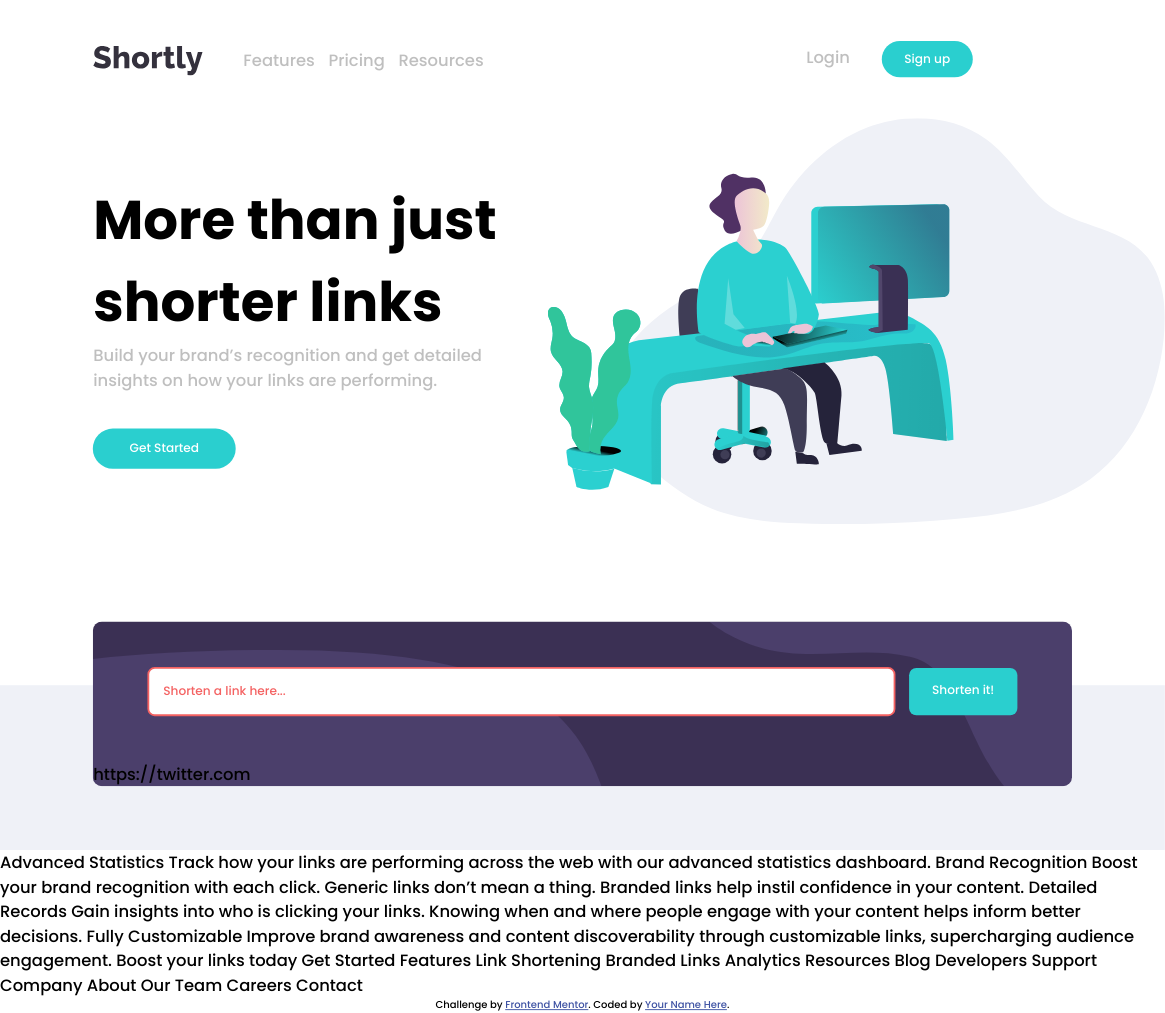
Repository: mamulini/URL-shortener
Page: index.html
The author's editor kept a copy of each file at every save. The page is drawn from the files as they stood at one save, then again after the next save.
The browser window is 1280 px wide. The pictures show the whole page, at 91% of full size.
The style sheet was rebuilt from its Sass, Less or Tailwind sources for each picture, by a compiler version that may differ from the author's.

Above is the page before, as saved 2020-04-11 22:19:06.

### index.html
<!DOCTYPE html>
<html lang="en">
<head>
  <meta charset="UTF-8">
  <meta name="viewport" content="width=device-width, initial-scale=1.0"> <!-- displays site properly based on user's device -->

  <link rel="icon" type="image/png" sizes="32x32" href="./images/favicon-32x32.png">
  <link rel="stylesheet" href="./sass/main.css">

  <title>Frontend Mentor | Shortly URL shortening API Challenge</title>

  <!-- Feel free to remove these styles or customise in your own stylesheet 👍 -->

</head>
<body>
  <header class="header container">
    <a href="/" class="header__logo"><img src="./images/logo.svg" alt="logo">
    </a>
    <nav class="nav">
      <ul class="nav__menu">
        <li class="nav__item"><a class="nav__link" href="#">Features</a></li>
        <li class="nav__item"><a class="nav__link" href="#">Pricing</a></li>
        <li class="nav__item"><a class="nav__link" href="#">Resources</a></li>
      </ul>
    </nav>
    <div class="user">
      <a class="user__login" href="#" >Login</a>
      <button class="user__sign-up btn--blue" type="button">Sign up</button>
    </div>

  </header>
  <main class="main">
    <div class="intro">
      <div class="intro__description">
        <h1 class="intro__title">More than just shorter links</h1>
        <p class="intro__subtitle">Build your brand’s recognition and get detailed <br> insights
          on how your links are performing.</p>
        <button class="intro__btn btn--blue">Get Started</button>

      </div>
      <div class="intro__img">
        <img src="./images/illustration-working.svg" alt="image">
      </div>
    </div>
    <div class="shorten ">
      <div class="shorten__handler container">
        <form class="shorten__form">
          <input class="shorten__input" type="text" value="" placeholder="Shorten a link here...">
          <button class="shorten__btn btn--blue" type="button">Shorten it!</button>
        </form>
        <div class="shorten__link">
            https://twitter.com
        </div>
      </div>
    </div>
  </main>












  Advanced Statistics

  Track how your links are performing across the web with our
  advanced statistics dashboard.

  Brand Recognition

  Boost your brand recognition with each click. Generic links don’t
  mean a thing. Branded links help instil confidence in your content.

  Detailed Records

  Gain insights into who is clicking your links. Knowing when and where
  people engage with your content helps inform better decisions.

  Fully Customizable

  Improve brand awareness and content discoverability through customizable
  links, supercharging audience engagement.

  Boost your links today

  Get Started

  Features

  Link Shortening
  Branded Links
  Analytics

  Resources

  Blog
  Developers
  Support

  Company

  About
  Our Team
  Careers
  Contact

  <div class="attribution">
    Challenge by <a href="https://www.frontendmentor.io?ref=challenge" target="_blank">Frontend Mentor</a>.
    Coded by <a href="#">Your Name Here</a>.
  </div>
</body>
</html>

### sass/main.scss
@import url('https://fonts.googleapis.com/css2?family=Poppins:wght@500;700&display=swap');

// colors
$text_gray: hsl(0, 0%, 75%);
$cyan_btn:  hsl(180, 66%, 49%);
$dark_violet : hsl(257, 27%, 26%);
$red : hsl(0, 87%, 67%);

* {
    padding: 0;
    margin: 0;
    box-sizing: border-box;
}

body{
    font-size: 18px;
    font-family: 'poppins', sans-serif;
    font-weight: 500;

}

img {
    max-width: 100%;
}

.container {
    max-width: 84%;
    margin: 0 auto;
}

.header {
    margin-top: 40px;
    margin-bottom: 40px;
    display: flex;
    justify-content: flex-start;
    align-items: center;
    &__logo{
        flex: 0 0 25%;
        max-width: 150px;
        margin-top: 10px;
    }
}

.nav{
    flex: 0 0 25%;
    &__menu{
        display: flex;
        justify-content: space-between;
        list-style: none;

    }

    &__item{
        margin-left: 15px;
    }

    &__link{
        text-decoration: none;
        color: $text_gray;
        &:hover{
            color: #000000;
        }
    }
}

.user{
    flex: 0 0 50%;
    text-align: right;

    &__login{
        color: $text_gray;
        margin-right: 30px;
        text-decoration: none;
        &:hover{
            color: #000000;
        }
    }
}

.btn--blue{
    padding: 10px 25px;
    border: none;
    cursor: pointer;
    display: inline-block;
    border-radius: 50px;
    background: $cyan_btn;
    outline: none;
    color: #ffffff;
    font-family: 'poppins', sans-serif;
    font-weight: 500;

    &:hover{
        opacity: .5;
    }

    &:active{
        transform: scale(0.90);
    }
}

.intro{
    display: flex;
    justify-content: space-between;

    &__description{
        display: flex;
        flex-direction: column;
        justify-content: center;
        align-items: flex-start;
        max-width: 500px;
        margin-left: 8%;
    }

    &__title {
        font-size: 60px;
    }

    &__subtitle {
        text-align-last: left;
        color: $text_gray;
    }

    &__btn{
        margin-top: 40px;
        padding: 12px 40px;
    }
}

.shorten{
    background: #eff1f7;
    margin-top: 170px;

    &__handler{
        background-image: url('../images/bg-shorten-desktop.svg');
        background-position: center;
        background-size: cover;
        background-color: $dark_violet;
        border-radius: 10px;
        position: relative;
        top: -70px;
    }

    &__form{
        display: flex;
        justify-content: space-between;
        align-items: center;
        padding: 50px 60px;
    }

    &__input{
        flex: 1;
        padding: 15px;
        border-radius: 8px;
        margin-right: 15px;
        font-family:'poppins', sans-serif;
        border: 2px solid $red;
        outline: none;
         &::placeholder{
            color: $red;
         }
    }

    &__btn{
        border-radius: 8px;
        padding-top: 15px;
        padding-bottom: 17px;

    }
}

.attribution { font-size: 11px; text-align: center; }
.attribution a { color: hsl(228, 45%, 44%); }

After the next save:
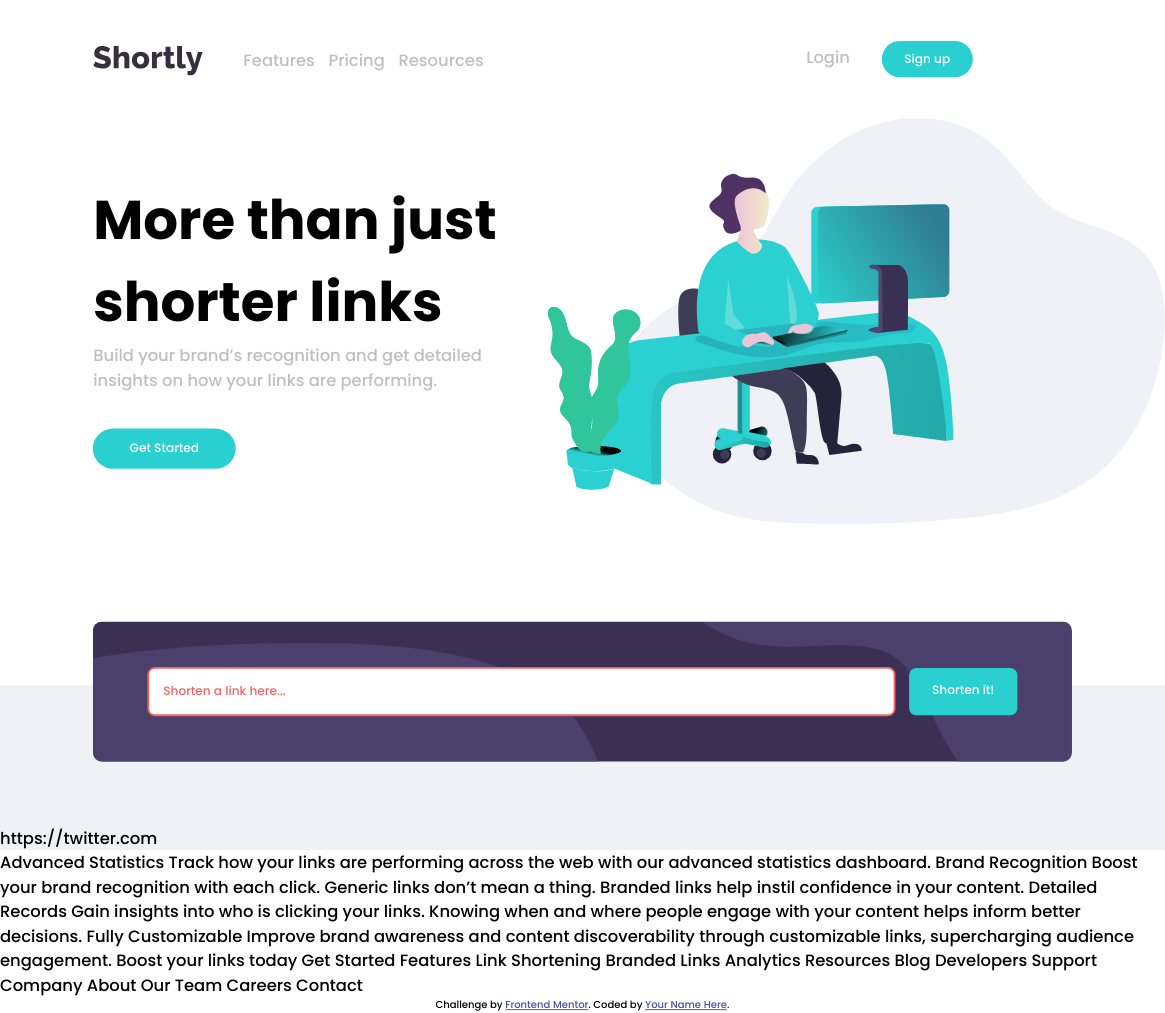
Saved 24 s later.
--- a/index.html
+++ b/index.html
@@ -48,9 +48,9 @@
           <input class="shorten__input" type="text" value="" placeholder="Shorten a link here...">
           <button class="shorten__btn btn--blue" type="button">Shorten it!</button>
         </form>
-        <div class="shorten__link">
-            https://twitter.com
-        </div>
+      </div>
+      <div class="shorten__link">
+        https://twitter.com
       </div>
     </div>
   </main>
